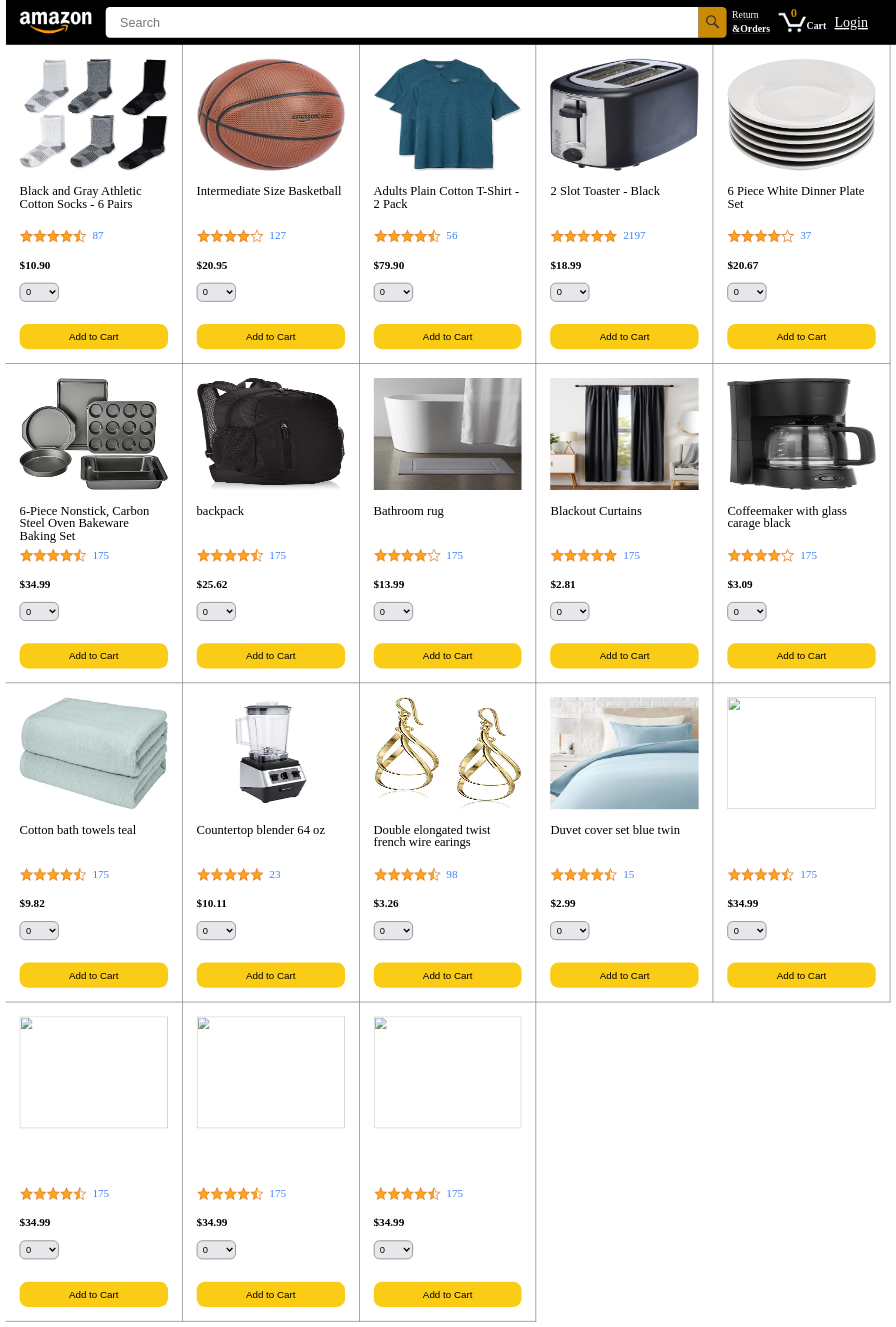
Repository: IssaMuiz/AmazonClone
Page: /
These files come from the project's save history. The page is drawn as it stood at one moment and after the next save; the edit follows.
The browser window is 1280 px wide. The pictures show the whole page, at 70% of full size.
The project was rebuilt for these pictures with package versions that can differ from the ones it lists, and the page was loaded fresh each time. Also part of the build but not shown: vite.config.js, src/pages/Cart.jsx, src/pages/Checkout.jsx, src/pages/Login.jsx.

Above is the page before, as saved 2024-08-08 04:44:16.

After the next save:
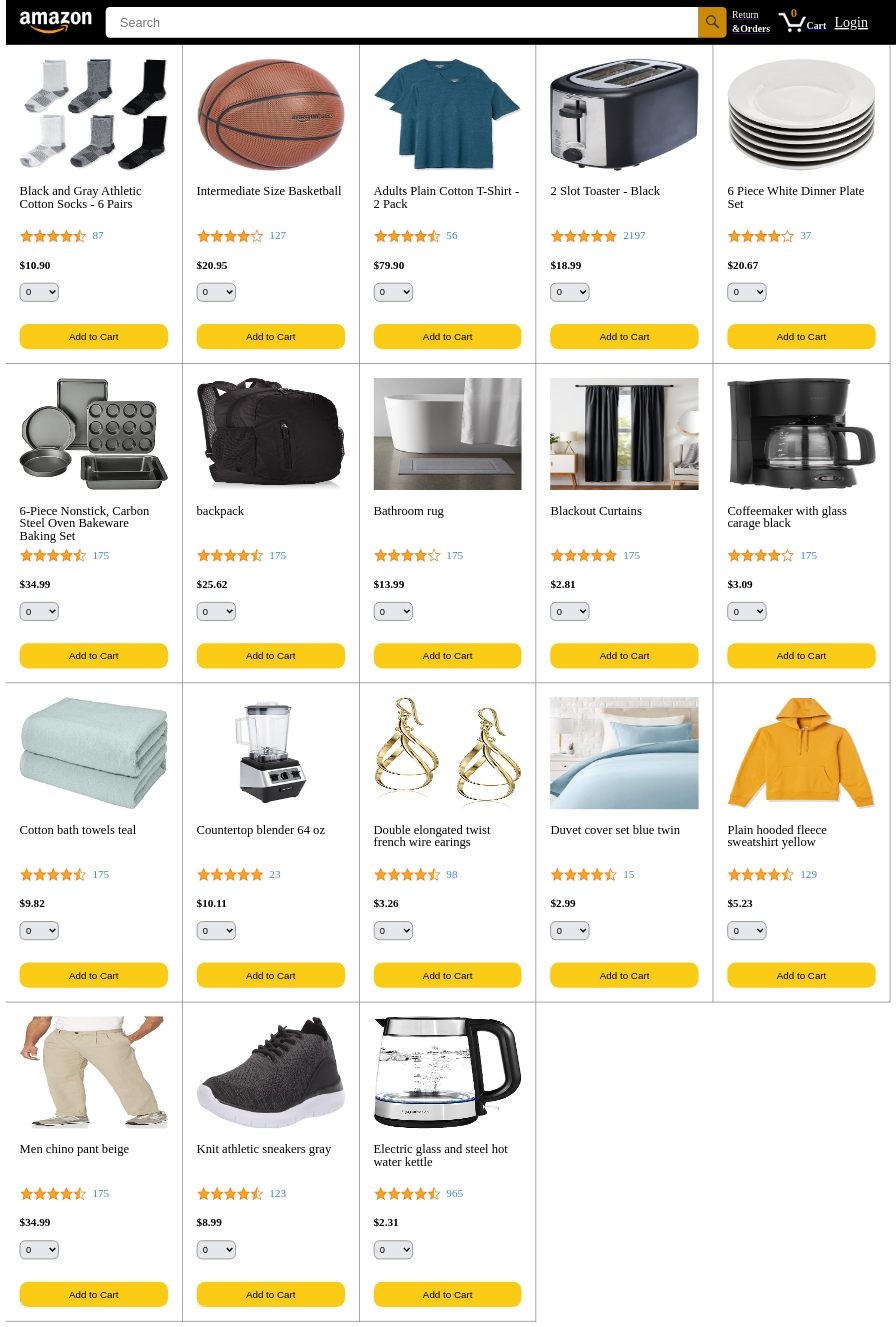
Saved 6 min 12 s later.
--- a/src/products.json
+++ b/src/products.json
@@ -141,8 +141,18 @@
   },
   {
     "id": 14,
-    "images": "",
-    "name": "",
+    "images": "src/assets/images/plain-hooded-fleece-sweatshirt-yellow.jpg",
+    "name": "Plain hooded fleece sweatshirt yellow",
+    "rating": {
+      "star": "src/assets/images/rating-45.png",
+      "count": 129
+    },
+    "price": 523
+  },
+  {
+    "id": 15,
+    "images": "src/assets/images/men-chino-pants-beige.jpg",
+    "name": "Men chino pant beige",
     "rating": {
       "star": "src/assets/images/rating-45.png",
       "count": 175
@@ -150,33 +160,23 @@
     "price": 3499
   },
   {
-    "id": 6,
-    "images": "",
-    "name": "",
+    "id": 16,
+    "images": "src/assets/images/knit-athletic-sneakers-gray - Copy.jpg",
+    "name": "Knit athletic sneakers gray",
     "rating": {
       "star": "src/assets/images/rating-45.png",
-      "count": 175
+      "count": 123
     },
-    "price": 3499
+    "price": 899
   },
   {
     "id": 6,
-    "images": "",
-    "name": "",
+    "images": "src/assets/images/electric-glass-and-steel-hot-water-kettle.webp",
+    "name": "Electric glass and steel hot water kettle",
     "rating": {
       "star": "src/assets/images/rating-45.png",
-      "count": 175
+      "count": 965
     },
-    "price": 3499
-  },
-  {
-    "id": 6,
-    "images": "",
-    "name": "",
-    "rating": {
-      "star": "src/assets/images/rating-45.png",
-      "count": 175
-    },
-    "price": 3499
+    "price": 231
   }
 ]
